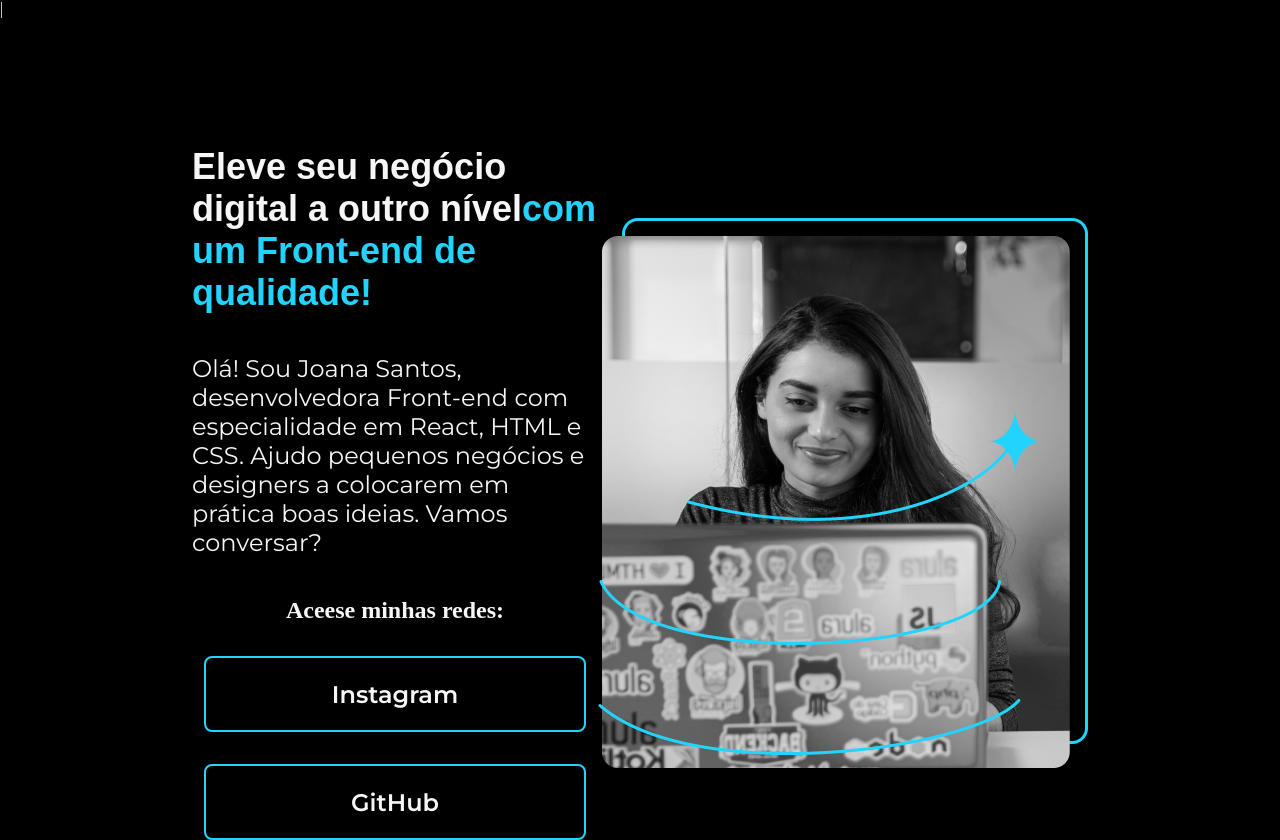
Repository: AnaFzCz/Portifolio-HTML-CSS-dinamico
Page: index.html
An editor plug-in stored every save of this project. The page is shown before and after the next save, followed by the edit.
The browser window is 1280 px wide. The pictures show the whole page.
Some web fonts or font styles are not loaded; a fallback is used.

Above is the page before, as saved 2025-02-08 07:01:15.

### index.html
|
<!DOCTYPE html>
<html lang="pt-br">

<head>
    <meta charset="UTF-8">
    <meta http-equiv="X-UA-Compatible" content="IE=edge">
    <meta name="viewport" content="width=device-width, initial-scale=1.0">
    <title>Portifolio</title>
    <link rel="stylesheet" href="style.css">
</head>

<body>
    <header></header>
    <main class="apresentacao">
        <section class="apresentacao__conteudo">
            <h1 class="apresentacao__conteudo__titulo">Eleve seu negócio digital a outro nível<strong
                    class="titulo-destaque">com um Front-end de qualidade!
                </strong></h1>
            <p class="apresentacao__conteudo__texto">Olá! Sou Joana Santos, desenvolvedora
                Front-end com especialidade em React, HTML e
                CSS. Ajudo pequenos negócios e designers a
                colocarem em prática boas ideias. Vamos
                conversar?</p>
            <div class="apresentacao__links">
                <h2 class="apresentacao__links_subtitulo">Aceese minhas redes:</h2>
                <a class="apresentacao__links__link" href="https://instagram.com/rafaballerini">Instagram</a>

                <a class="apresentacao__links__link" href="https://github.com/guilhermeonrails">GitHub</a>
            </div>

        </section>
        <img src="imagem.png" alt="Foto da Joana Santos programando">
    </main>
    <footer></footer>
</body>

</html>

### style.css
@import url('https://fonts.googleapis.com/css2?family=Krona+One&family=Montserrat:wght@400;600&display=swap');

* {
    margin: 0;
    padding: 0;
}

body {
    height: 100vh;
    box-sizing: border-box;
    background-color: #000000;
    color: #F6F6F6;
}

.titulo-destaque {
    color: #22D4FD;
}

.apresentacao {
    margin: 10% 15%;
    display: flex;
    align-items: center;
    justify-content: space-between;
}

.apresentacao__conteudo {
    width: 615px;
    display: flex;
    flex-direction: column;
    gap: 40px;
}

.apresentacao__conteudo__titulo {
    font-size: 36px;
    font-family: 'Krona One', sans-serif;
}

.apresentacao__conteudo__texto {
    font-size: 24px;
    font-family: 'Montserrat', sans-serif;
}

.apresentacao__links {
    display: flex;
    flex-direction: column;
    justify-content: space-between;
    align-items: center;
    gap: 32px;
}

.apresentacao__links__subtitulo {
    font-family: 'Krona One', sans-serif;
    font-weight: 400;
    font-size: 24px;
}

.apresentacao__links__link {
    /* background-color: #22D4FD; */
    border: 2px solid #22D4FD;
    width: 378px;
    text-align: center;
    border-radius: 8px;
    font-size: 24px;
    font-weight: 600;
    padding: 21.5px 0;
    text-decoration: none;
    color: #F6F6F6;
    font-family: 'Montserrat', sans-serif;
}

After the next save:
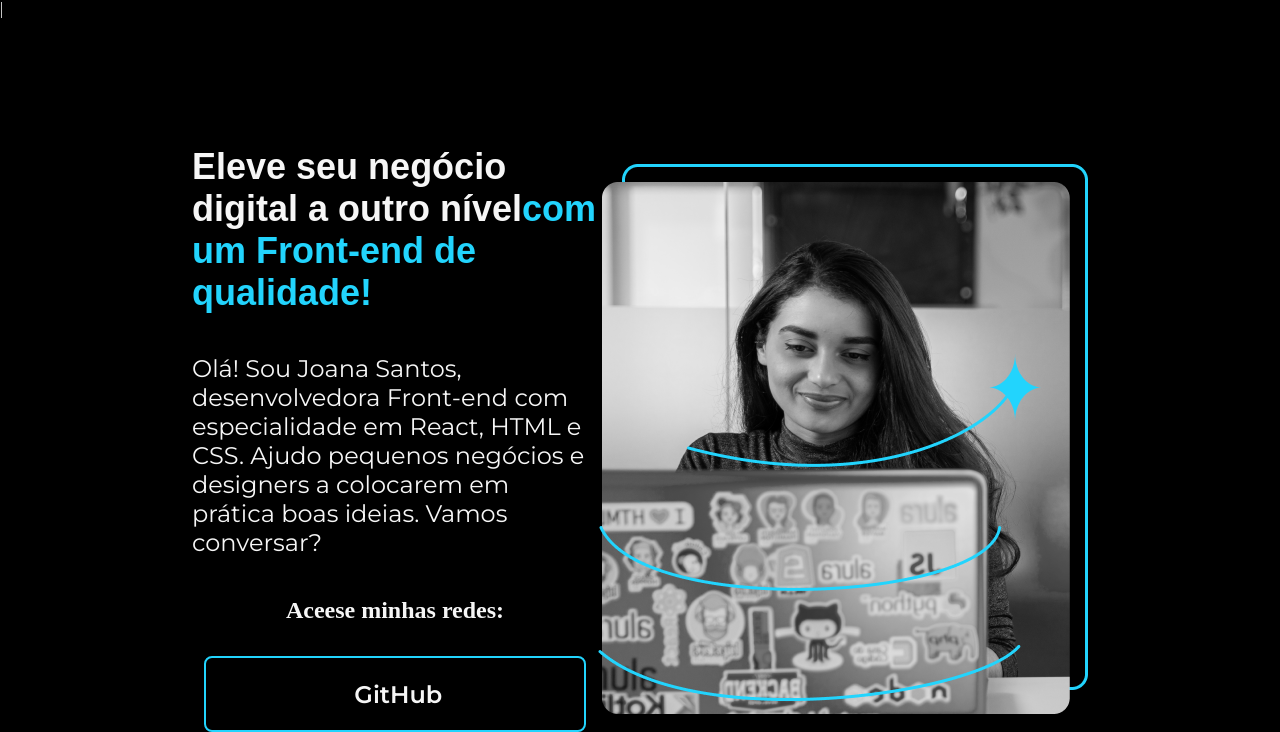
Saved 20 min 53 s later.
--- a/index.html
+++ b/index.html
@@ -24,13 +24,14 @@
                 conversar?</p>
             <div class="apresentacao__links">
                 <h2 class="apresentacao__links_subtitulo">Aceese minhas redes:</h2>
-                <a class="apresentacao__links__link" href="https://instagram.com/rafaballerini">Instagram</a>
+               <a class="apresentacao__links__link" href="https://github.com/anafzcz">
+                <img src="">
+                GitHub</a>
 
-                <a class="apresentacao__links__link" href="https://github.com/guilhermeonrails">GitHub</a>
             </div>
 
         </section>
-        <img src="imagem.png" alt="Foto da Joana Santos programando">
+        <img src="/assets/Imagem.png" alt="Foto da Joana Santos programando">
     </main>
     <footer></footer>
 </body>
